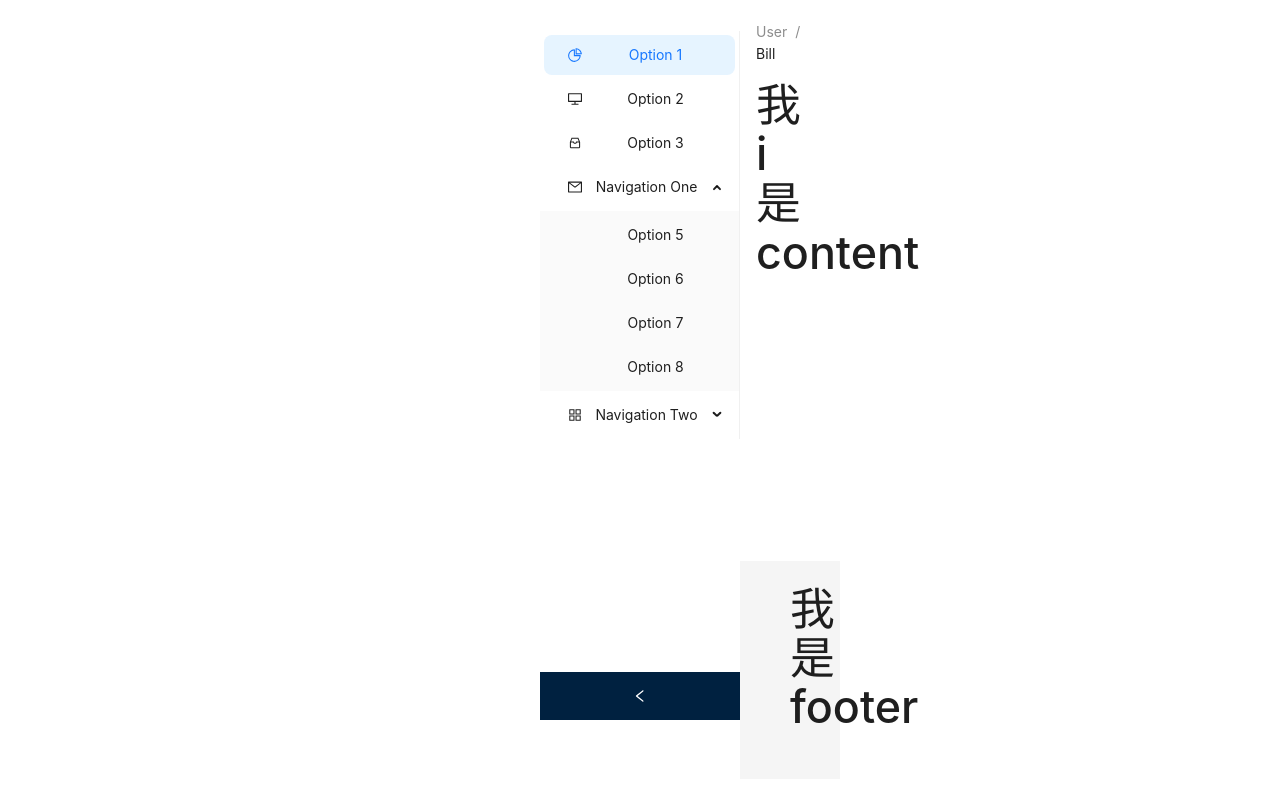
Repository: chenyl8848/chen-tool-collection
Page: /
The author's editor kept a copy of each file at every save. The page is drawn from the files as they stood at one save, then again after the next save.
The browser window is 1280 px wide. The pictures show the whole page.
The project was rebuilt for these pictures with package versions that can differ from the ones it lists, and the page was loaded fresh each time. Also part of the build but not shown: vite.config.ts, src/components/HelloWorld.vue.

Above is the page before, as saved 2024-01-09 11:25:49.

After the next save:
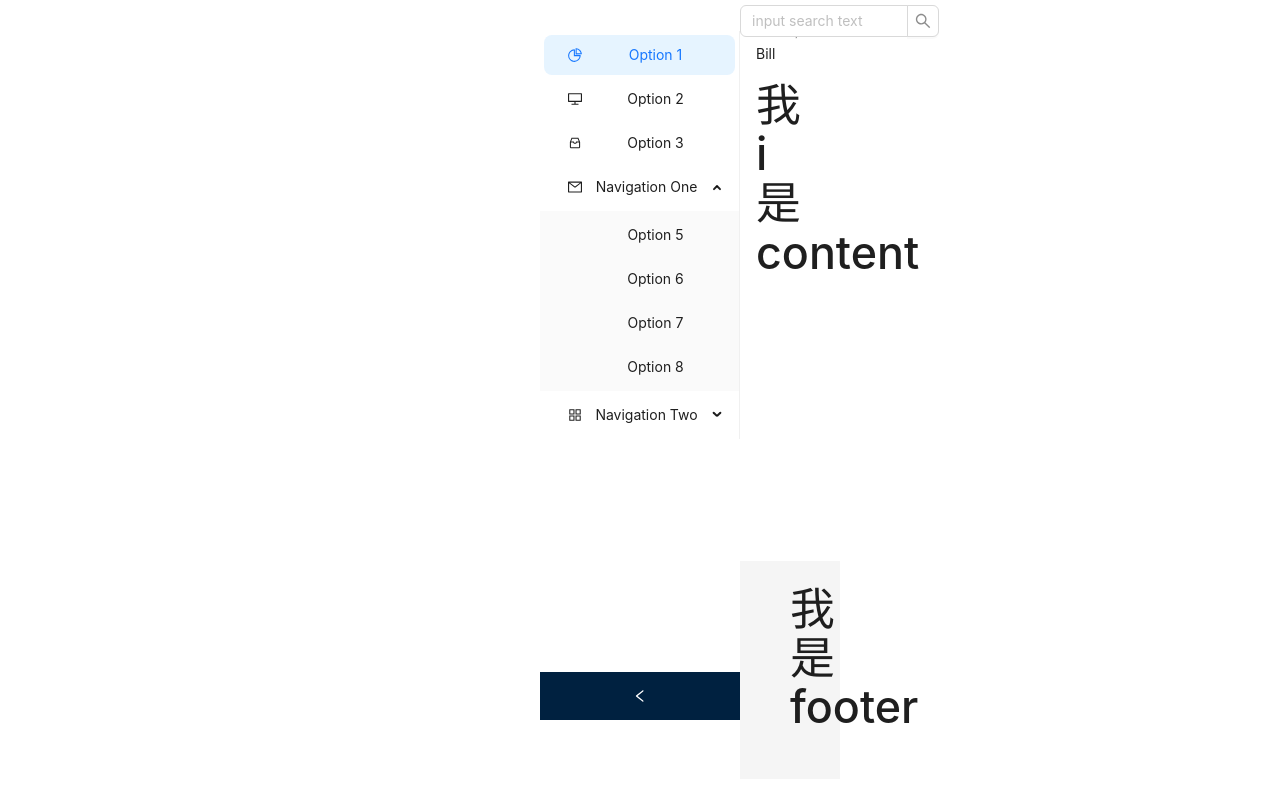
Saved 84 s later.
--- a/src/layout/header/index.vue
+++ b/src/layout/header/index.vue
@@ -7,5 +7,6 @@
 <template>
   <div>
     <home-outlined />
+    <a-input-search v-model:value="value" placeholder="input search text" style="width: 200px" @search="onSearch" />
   </div>
 </template>
